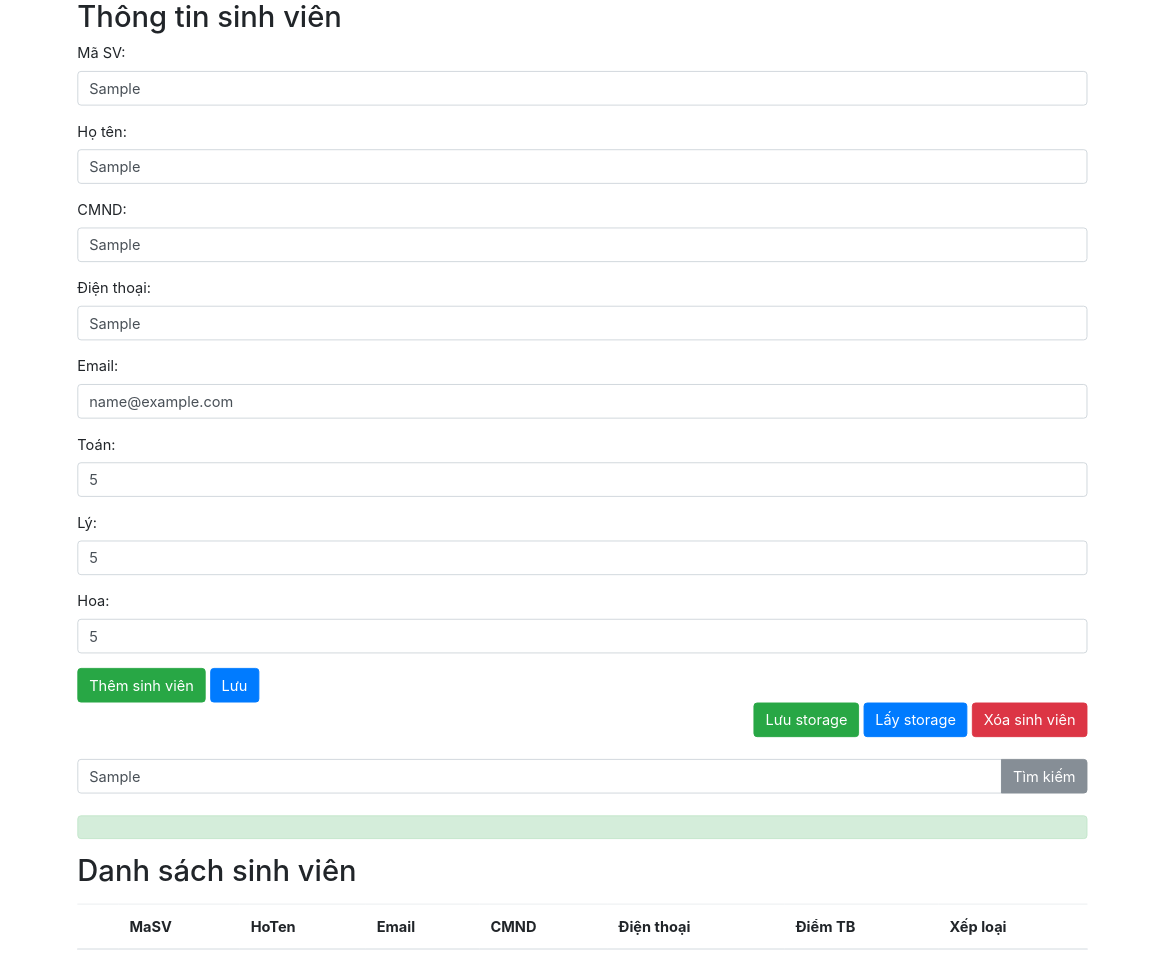
Repository: phamanhquyet/testMerge
Page: index.html
The author's editor kept a copy of each file at every save. The page is drawn from the files as they stood at one save, then again after the next save.
The browser window is 1280 px wide. The pictures show the whole page, at 91% of full size.
Empty fields were first filled with sample values (such as "Sample", 5 or name@example.com).
After loading, the first visible `button.btn-primary` was clicked once.
Some web libraries are served in a nearby version.

Above is the page before, as saved 2022-04-08 00:27:22.
Console error: TypeError: Cannot read properties of null (reading 'length')

After the next save:
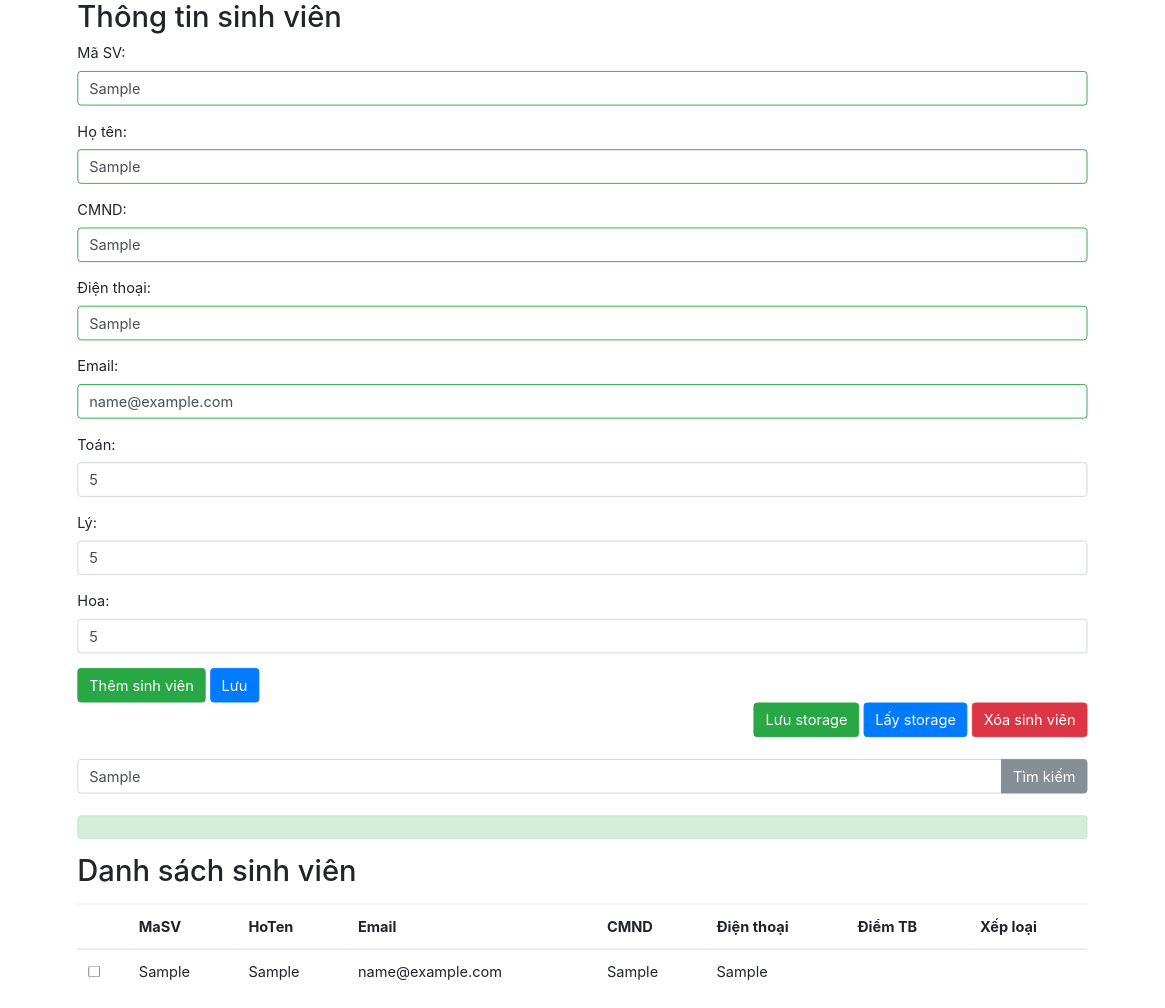
Saved 44 s later.
--- a/main.js
+++ b/main.js
@@ -170,4 +170,37 @@ function LuuThongTin(){
     let gmail = DomID('email').value;
     let ID_cand =  DomID('cmnd').value;
     let numberPhone =  DomID('sdt').value;
-}
+    let checkValue = 0;
+    //check validation
+    if(checkInputValue('masv',ID)){
+        checkValue++;
+    }
+    if(checkInputValue('hoten',FullName))
+    {
+        checkValue++;
+    }
+    if(validate.validateEmail(gmail)){
+        DomID('email').style.borderColor = "#28a745";
+    }
+    else{
+        DomID('email').style.borderColor = "red";
+        checkValue++;
+    }
+    if(checkInputValue('cmnd',ID_cand))
+    {
+        checkValue++;
+    }
+    if(checkInputValue('sdt',numberPhone))
+    {
+        checkValue++;;
+    }
+    if (checkValue !=0)
+    {
+        return;
+    }
+    let Student = new study(ID,FullName,gmail,numberPhone,ID_cand);
+    listStudent.addStudent(Student);
+    displayTablesStudent(listStudent)
+    console.log(listStudent);
+
+}
